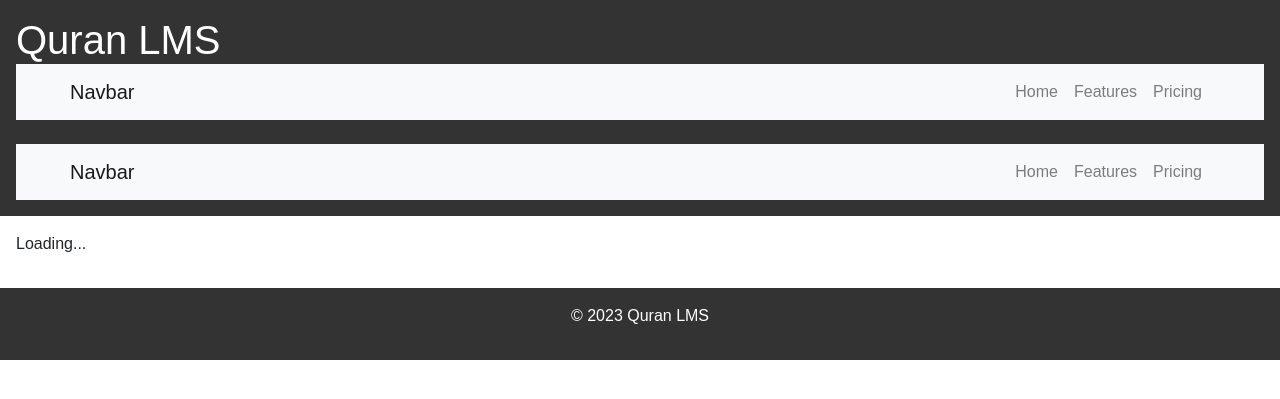
Repository: talha-mahmood/Quran-Lms-react
Page: /
The author's editor kept a copy of each file at every save. The page is drawn from the files as they stood at one save, then again after a run of saves.
The browser window is 1280 px wide. The pictures show the whole page.
The page's requests for data from a server got no answer. The project was rebuilt for these pictures with package versions that can differ from the ones it lists, and the page was loaded fresh each time. No one was signed in, and anything a server would have sent is missing.

Above is the page before, as saved 2023-03-08 00:59:06.

### public/index.html
<!DOCTYPE html>
<html lang="en">
  <head>
    <meta charset="utf-8" />
    <link rel="icon" href="%PUBLIC_URL%/favicon.ico" />
    <meta name="viewport" content="width=device-width, initial-scale=1" />
    <meta name="theme-color" content="#000000" />
    <meta
      name="description"
      content="Web site created using create-react-app"
    />

    <link rel="apple-touch-icon" href="%PUBLIC_URL%/logo192.png" />
    <link rel="stylesheet" href="https://cdn.jsdelivr.net/npm/bootstrap@4.4.1/dist/css/bootstrap.min.css" integrity="sha384-Vkoo8x4CGsO3+Hhxv8T/Q5PaXtkKtu6ug5TOeNV6gBiFeWPGFN9MuhOf23Q9Ifjh" crossorigin="anonymous">
    <script src="https://code.jquery.com/jquery-3.4.1.slim.min.js" integrity="sha384-J6qa4849blE2+poT4WnyKhv5vZF5SrPo0iEjwBvKU7imGFAV0wwj1yYfoRSJoZ+n" crossorigin="anonymous"></script>
   <script src="https://cdn.jsdelivr.net/npm/popper.js@1.16.0/dist/umd/popper.min.js" integrity="sha384-Q6E9RHvbIyZFJoft+2mJbHaEWldlvI9IOYy5n3zV9zzTtmI3UksdQRVvoxMfooAo" crossorigin="anonymous"></script>
   <script src="https://cdn.jsdelivr.net/npm/bootstrap@4.4.1/dist/js/bootstrap.min.js" integrity="sha384-wfSDF2E50Y2D1uUdj0O3uMBJnjuUD4Ih7YwaYd1iqfktj0Uod8GCExl3Og8ifwB6" crossorigin="anonymous"></script>
    <!--
      manifest.json provides metadata used when your web app is installed on a
      user's mobile device or desktop. See https://developers.google.com/web/fundamentals/web-app-manifest/
    -->
    <link rel="manifest" href="%PUBLIC_URL%/manifest.json" />
    <!--
      Notice the use of %PUBLIC_URL% in the tags above.
      It will be replaced with the URL of the `public` folder during the build.
      Only files inside the `public` folder can be referenced from the HTML.

      Unlike "/favicon.ico" or "favicon.ico", "%PUBLIC_URL%/favicon.ico" will
      work correctly both with client-side routing and a non-root public URL.
      Learn how to configure a non-root public URL by running `npm run build`.
    -->
    <title>React App</title>
  </head>
  <body>
    <noscript>You need to enable JavaScript to run this app.</noscript>
    <div id="root"></div>

    <!--
      This HTML file is a template.
      If you open it directly in the browser, you will see an empty page.

      You can add webfonts, meta tags, or analytics to this file.
      The build step will place the bundled scripts into the <body> tag.

      To begin the development, run `npm start` or `yarn start`.
      To create a production bundle, use `npm run build` or `yarn build`.
    -->
  </body>
</html>

### src/App.js
import './App.css';
import React,{Component} from 'react';
import Container from 'react-bootstrap/Container';
import Navbar from 'react-bootstrap/Navbar';
import Nav from 'react-bootstrap/Nav';
class QuranLMS extends Component {
  state = {
    verses: [],
    isLoading: true
  };

  async componentDidMount() {
    const response = await fetch("https://api.quran.com/api/v4/quran/verses/uthmani?chapter_number=1");
    const data = await response.json();
    this.setState({
      verses: data.verses,
      isLoading: false
    });
  }

  render() {
    const { verses, isLoading } = this.state;
    return (
      <div>
        <header>
          <h1>Quran LMS</h1>
          <div>
          <Navbar bg="light" variant="light">
        <Container>
          <Navbar.Brand href="#home">Navbar</Navbar.Brand>
          <Nav className="me-auto">
            <Nav.Link href="#home">Home</Nav.Link>
            <Nav.Link href="#features">Features</Nav.Link>
            <Nav.Link href="#pricing">Pricing</Nav.Link>
          </Nav>
        </Container>
      </Navbar>
      <br />



      <Navbar bg="light" variant="light">
        <Container>
          <Navbar.Brand href="#home">Navbar</Navbar.Brand>
          <Nav className="me-auto">
            <Nav.Link href="#home">Home</Nav.Link>
            <Nav.Link href="#features">Features</Nav.Link>
            <Nav.Link href="#pricing">Pricing</Nav.Link>
          </Nav>
        </Container>
      </Navbar>
          </div>


        </header>
        <main>
          {isLoading ? (
            <p>Loading...</p>
          ) : (
            verses.map((verse) => (
              <p key={verse.id}>{verse.text_uthmani}</p>
            ))
          )}
        </main>
        <footer>
          <p>&copy; 2023 Quran LMS</p>
        </footer>
      </div>
    );
  }
}

export default QuranLMS;

### src/App.css
body {
  font-family: Arial, sans-serif;
  margin: 0;
}

header {
  background-color: #333;
  color: #fff;
  padding: 1em;
}

header h1 {
  margin: 0;
}

main {
  padding: 1em;
}

footer {
  background-color: #333;
  color: #fff;
  padding: 1em;
  text-align: center;
}

Loaded but not shown: src/index.js (common file); src/index.css (common file); src/reportWebVitals.js (common file)

After the next 2 saves:
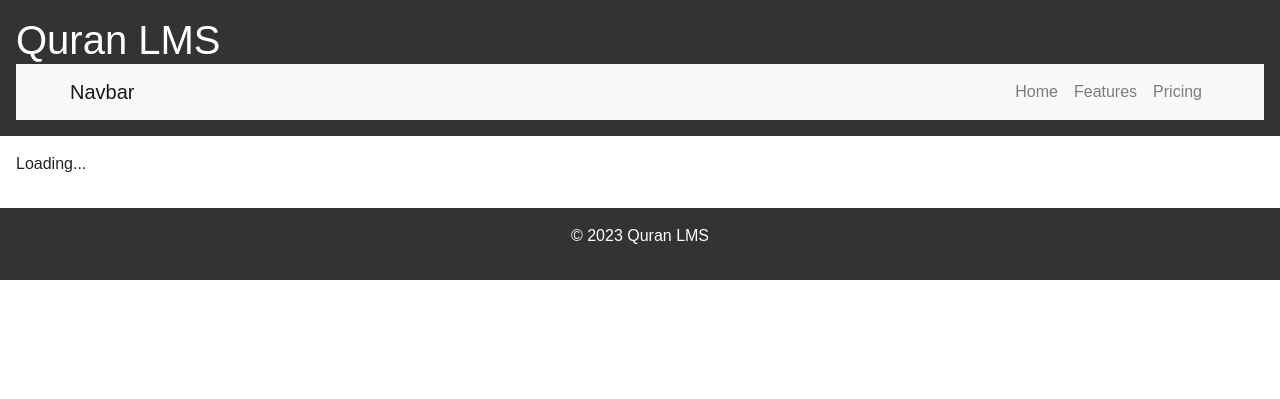
The 2 saves are shown as one change because 1 did not build or start.
The last was saved 49 s later.
--- a/src/App.js
+++ b/src/App.js
@@ -34,20 +34,8 @@ class QuranLMS extends Component {
             <Nav.Link href="#pricing">Pricing</Nav.Link>
           </Nav>
         </Container>
-      </Navbar>
-      <br />
 
 
-
-      <Navbar bg="light" variant="light">
-        <Container>
-          <Navbar.Brand href="#home">Navbar</Navbar.Brand>
-          <Nav className="me-auto">
-            <Nav.Link href="#home">Home</Nav.Link>
-            <Nav.Link href="#features">Features</Nav.Link>
-            <Nav.Link href="#pricing">Pricing</Nav.Link>
-          </Nav>
-        </Container>
       </Navbar>
           </div>
 
